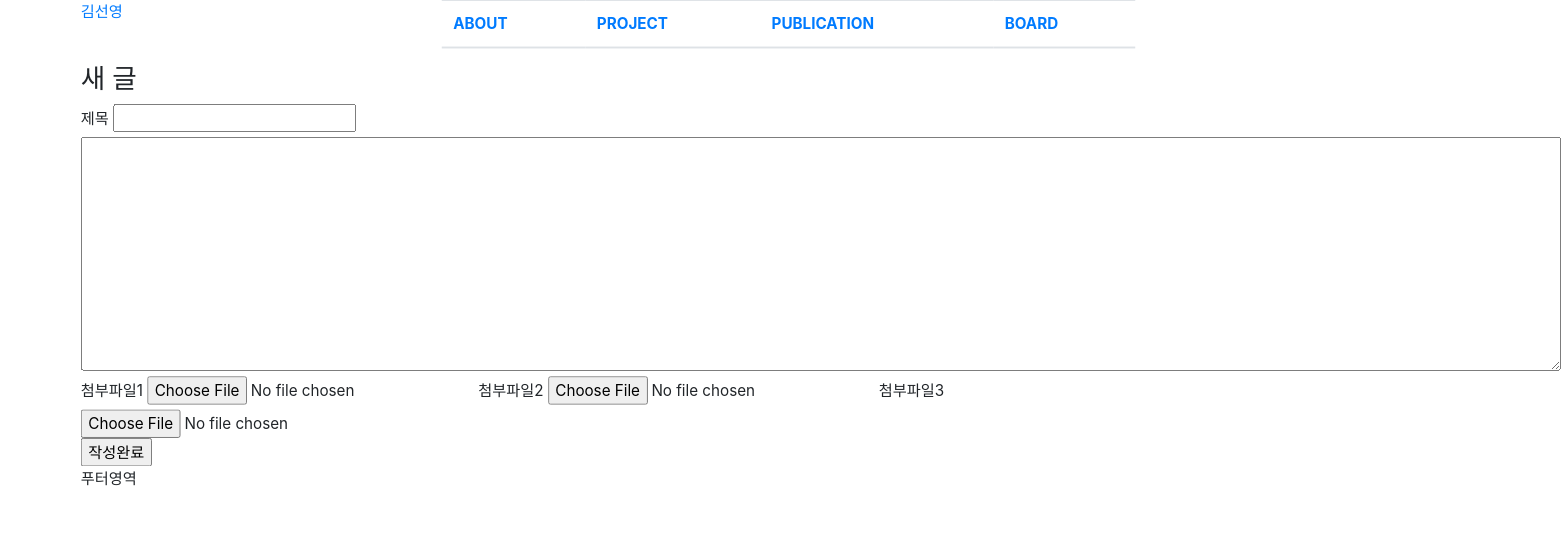
Repository: supremest35/web-projects
Page: http://localhost/noticeboard/board/form.jsp
An editor plug-in stored every save of this project. The page is shown before and after the next save, followed by the edit.
The browser window is 1280 px wide. The page is 1643 px wide, so the pictures cover 1643 px, including what lies to the right of the window. The pictures show the whole page, at 95% of full size.
The page is served by Tomcat 9. Other server files are loaded and not shown.

Above is the page before, as saved 2020-12-06 05:34:26.

### noticeboard/WebContent/board/form.jsp
<%@ page language="java" contentType="text/html; charset=UTF-8"
    pageEncoding="UTF-8"%>
<!DOCTYPE html>
<html lang="ko">
<head>
  <title>Bootstrap 4 Example</title>
  <meta charset="utf-8">
  <meta name="viewport" content="width=device-width, initial-scale=1">
  <link rel="stylesheet" href="https://maxcdn.bootstrapcdn.com/bootstrap/4.5.2/css/bootstrap.min.css">
  <script src="https://ajax.googleapis.com/ajax/libs/jquery/3.5.1/jquery.min.js"></script>
  <script src="https://cdnjs.cloudflare.com/ajax/libs/popper.js/1.16.0/umd/popper.min.js"></script>
  <script src="https://maxcdn.bootstrapcdn.com/bootstrap/4.5.2/js/bootstrap.min.js"></script>
</head>
<body>
<div class="container">
	<div class="row">
		<div class="col-2"><a href="index.jsp">김선영</a></div>
		<div class="col-2"></div>
		<div class="col-8">
			<table class="table">
				<thead>
					<tr>
						<th><a href="">ABOUT</a></th>
						<th><a href="">PROJECT</a></th>
						<th><a href="">PUBLICATION</a></th>
						<th><a href="board/list.jsp">BOARD</a></th>
					</tr>
				</thead>
			</table>
		</div>
	</div>
	<div class="row">
		<div class="col-12">
			<h3>새 글</h3>
			<form method="post" action="add.jsp" enctype="multipart/form-data">
				<div>
					<label>제목</label>
					<input type="text" name="title" />
				</div>
				<div>
					<textarea rows="10" cols="150" name="document"></textarea>
				</div>
				<div>
					<label>첨부파일1</label>
					<input type="file" name="photofile1" />
					<label>첨부파일2</label>
					<input type="file" name="photofile2" />
					<label>첨부파일3</label>
					<input type="file" name="photofile3" />
				</div>
				<div>
					<input type="submit" value="작성완료" />
				</div>
			</form>
		</div>
	</div>
	<div class="row">
		<div class="col-12">푸터영역</div>
	</div>
</div>
</body>
</html>

After the next save:
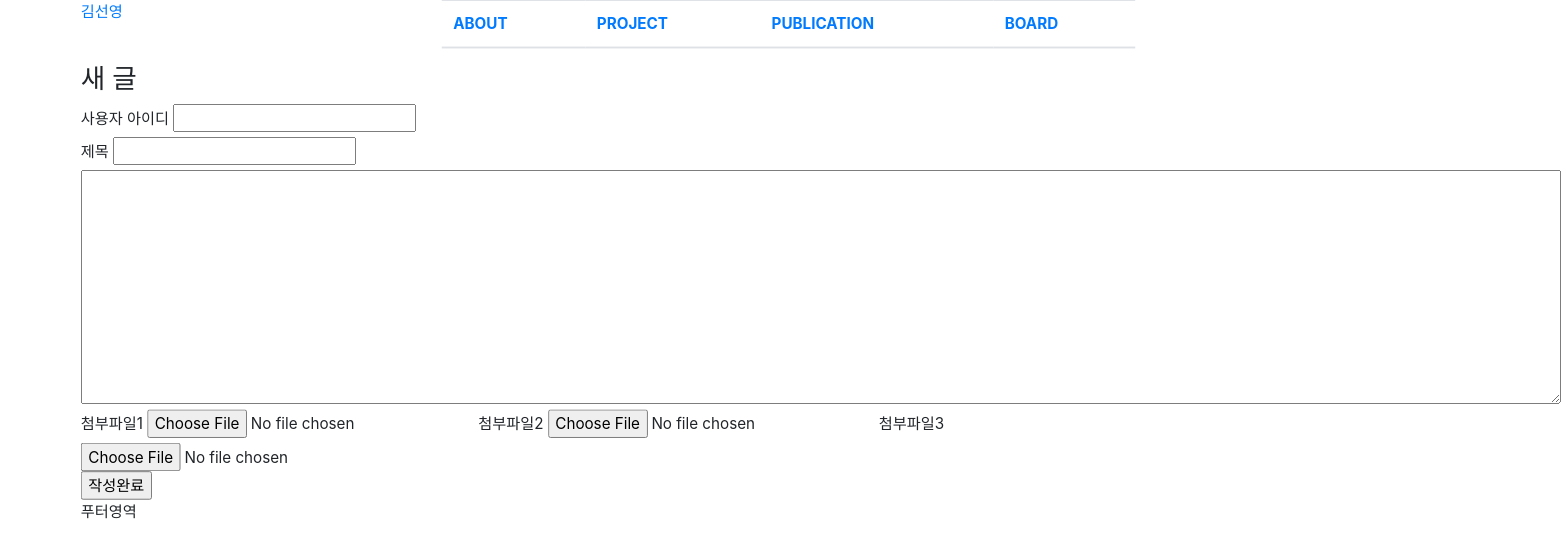
Saved 4 min 37 s later.
--- a/noticeboard/WebContent/board/form.jsp
+++ b/noticeboard/WebContent/board/form.jsp
@@ -34,6 +34,10 @@
 			<h3>새 글</h3>
 			<form method="post" action="add.jsp" enctype="multipart/form-data">
 				<div>
+					<label>사용자 아이디</label>
+					<input type="text" name="userId" />
+				</div>
+				<div>
 					<label>제목</label>
 					<input type="text" name="title" />
 				</div>
